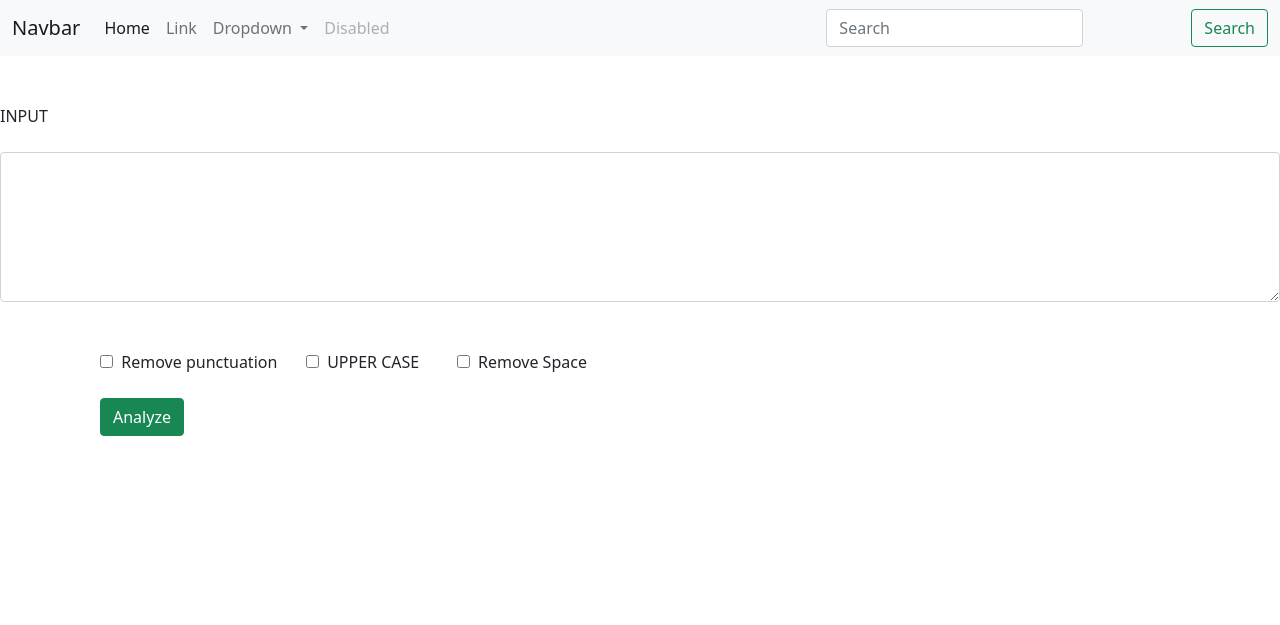
Repository: thenameisshreyank/Textutility
Page: http://localhost/
An editor plug-in stored every save of this project. The page is shown before and after the next save, followed by the edit.
The browser window is 1280 px wide. The pictures show the whole page.
The page is served by the project's application, run on Django 4.2 (manage.py). Other server files are loaded and not shown.

Above is the page before, as saved 2022-04-15 09:11:05.

### templates/index.html
<!DOCTYPE html>
<html lang="en">
<head>
    <meta charset="UTF-8">
    <meta http-equiv="X-UA-Compatible" content="IE=edge">
    <meta name="viewport" content="width=device-width, initial-scale=1.0">
    <!-- CSS only -->
<link href="https://cdn.jsdelivr.net/npm/bootstrap@5.1.3/dist/css/bootstrap.min.css" rel="stylesheet" integrity="sha384-1BmE4kWBq78iYhFldvKuhfTAU6auU8tT94WrHftjDbrCEXSU1oBoqyl2QvZ6jIW3" crossorigin="anonymous">
    <title>Document</title>
    <style>
      #text{
        margin-left: 100px;
        width: 80%;
        margin-right:100px;
      }
      #rf{
        margin-left: 100px;


      }
      button{
        margin-left: 100px;
      }
      textarea {
  width: 300px;
  height: 150px;
}

    </style>
</head>
<body>
    <nav class="navbar navbar-expand-lg navbar-light bg-light">
        <div class="container-fluid">
          <a class="navbar-brand" href="https://getbootstrap.com/">Navbar</a>
          <button class="navbar-toggler" type="button" data-bs-toggle="collapse" data-bs-target="#navbarSupportedContent" aria-controls="navbarSupportedContent" aria-expanded="false" aria-label="Toggle navigation">
            <span class="navbar-toggler-icon"></span>
          </button>
          <div class="collapse navbar-collapse" id="navbarSupportedContent">
            <ul class="navbar-nav me-auto mb-2 mb-lg-0">
              <li class="nav-item">
                <a class="nav-link active" aria-current="page" href="#">Home</a>
              </li>
              <li class="nav-item">
                <a class="nav-link" href="#">Link</a>
              </li>
              <li class="nav-item dropdown">
                <a class="nav-link dropdown-toggle" href="#" id="navbarDropdown" role="button" data-bs-toggle="dropdown" aria-expanded="false">
                  Dropdown
                </a>
                <ul class="dropdown-menu" aria-labelledby="navbarDropdown">
                  <li><a class="dropdown-item" href="#">Action</a></li>
                  <li><a class="dropdown-item" href="#">Another action</a></li>
                  <li><hr class="dropdown-divider"></li>
                  <li><a class="dropdown-item" href="#">Something else here</a></li>
                </ul>
              </li>
              <li class="nav-item">
                <a class="nav-link disabled">Disabled</a>
              </li>
            </ul>
            <form class="d-flex">
              <input class="form-control me-2" type="search" placeholder="Search" aria-label="Search">
              <button class="btn btn-outline-success" type="submit">Search</button>
            </form>
          </div>
        </div>
      </nav><br><br>
      <form action="analyze" method="get">
        <div class="form-group">
          <label for="exampleFormControlTextarea1">INPUT</label><br><br>
          <textarea class="form-control" id="textarea" rows="10" cols="5"></textarea>
        </div><br><br>
        <input type="checkbox" id="rf" name="rf" value="true">&nbsp;&nbsp;Remove punctuation&nbsp;&nbsp;&emsp;
        <input type="checkbox" id="upper" name="upper" value="true">&nbsp;&nbsp;UPPER CASE&nbsp;&nbsp;&nbsp;&nbsp;&nbsp;&nbsp;&nbsp;&nbsp;
        <input type="checkbox" id="space" name="space" value="true">&nbsp;&nbsp;Remove Space&nbsp;&nbsp;
        <br><br><button type="submit" class="btn btn-success" id="analyze">Analyze</button>
      </form>
</body>
</html>

### c1/views.py

from django.http import HttpResponse
from django.shortcuts import render

from django.http import HttpResponse
# Create your views here.

def nav(request):
    return render(request,"index.html")

def analyze(request):
    rawtext=request.GET.get('text')
    pun=request.GET.get('rf')
    uc=request.GET.get('upper')
    space=request.GET.get('space')
    answer=""
    ans1=""
    if pun=='true':
        punctuation='''!@#$%^&*()_;+<>?/~`'''
        for x in rawtext:
            if x not in punctuation:
             answer=answer+x
    else:
        answer=rawtext
    if uc=="true":
        # for ch in rawtext:
        answer=answer.upper()

    if space=="true":
        for ch in answer:
            if ch==" ":
                pass
            else:
                ans1=ans1+ch
        answer=ans1
    return render(request,'analyze.html',{'ans':answer})

### c/urls.py
"""c URL Configuration

The `urlpatterns` list routes URLs to views. For more information please see:
    https://docs.djangoproject.com/en/4.0/topics/http/urls/
Examples:
Function views
    1. Add an import:  from my_app import views
    2. Add a URL to urlpatterns:  path('', views.home, name='home')
Class-based views
    1. Add an import:  from other_app.views import Home
    2. Add a URL to urlpatterns:  path('', Home.as_view(), name='home')
Including another URLconf
    1. Import the include() function: from django.urls import include, path
    2. Add a URL to urlpatterns:  path('blog/', include('blog.urls'))
"""

from django.contrib import admin
from django.urls import include, path

urlpatterns = [
    path('admin/', admin.site.urls),
    path('',include('c1.urls')),
]

### c1/urls.py




from . import views
from django.urls import path


urlpatterns=[
    path('',views.nav),
    path('analyze/',views.analyze),
]

After the next save:
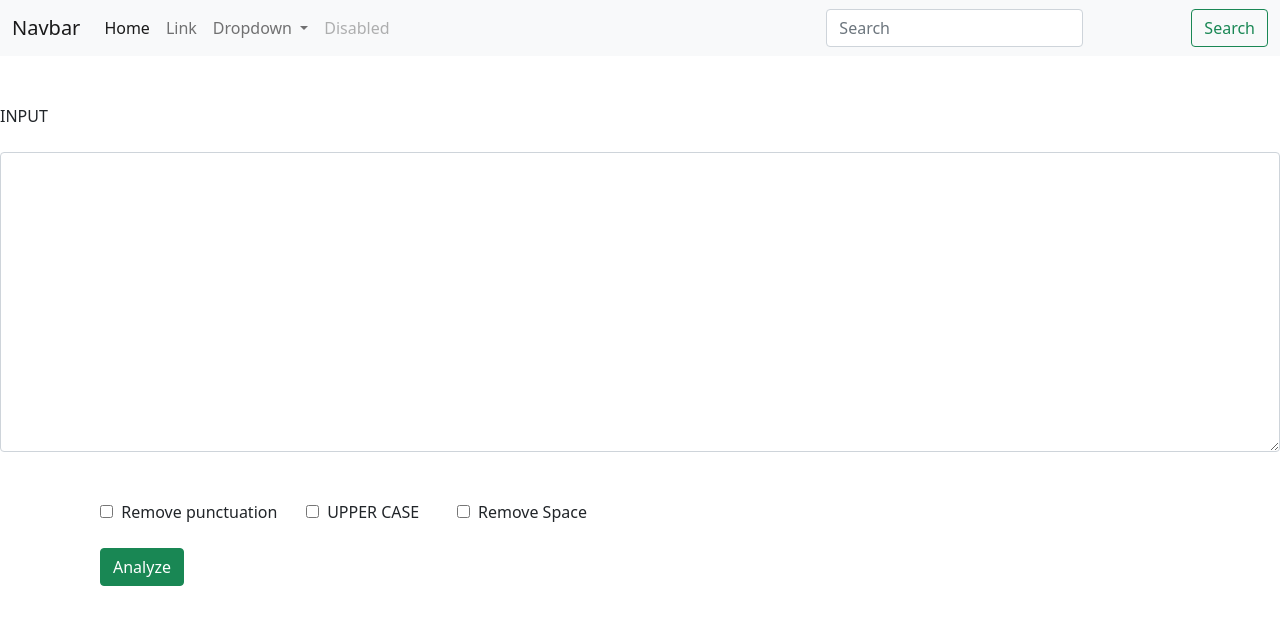
Saved 14 s later.
--- a/templates/index.html
+++ b/templates/index.html
@@ -22,8 +22,8 @@
         margin-left: 100px;
       }
       textarea {
-  width: 300px;
-  height: 150px;
+  width: 200px;
+  height: 300px;
 }
 
     </style>
